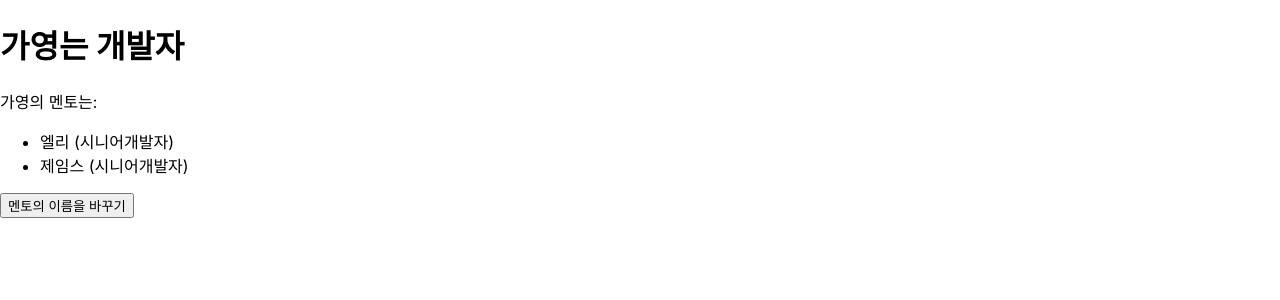
Repository: Yugayoung/css-example
Page: / (app in react/basic/)
These files come from the project's save history. The page is drawn as it stood at one moment and after the next save; the edit follows.
The browser window is 1280 px wide. The pictures show the whole page.
The project was rebuilt for these pictures with package versions that can differ from the ones it lists, and the page was loaded fresh each time.

Above is the page before, as saved 2023-12-20 15:17:30.

### react/basic/src/index.js
import React from 'react';
import ReactDOM from 'react-dom/client';
import './index.css';
import reportWebVitals from './reportWebVitals';
import AppMentors from './AppMentors';

const root = ReactDOM.createRoot(document.getElementById('root'));
root.render(
  <React.StrictMode>
    <AppMentors />
  </React.StrictMode>
);

// If you want to start measuring performance in your app, pass a function
// to log results (for example: reportWebVitals(console.log))
// or send to an analytics endpoint. Learn more: https://bit.ly/CRA-vitals
reportWebVitals();

### react/basic/src/AppMentors.jsx
import React, { useState } from 'react';

export default function AppMentors() {
  const [person, setPerson] = useState({
    name: '가영',
    title: '개발자',
    mentors: [
      {
        name: '엘리',
        title: '시니어개발자',
      },
      {
        name: '제임스',
        title: '시니어개발자',
      },
    ],
  });
  return (
    <div>
      <h1>
        {person.name}는 {person.title}
      </h1>
      <p>{person.name}의 멘토는:</p>
      <ul>
        {person.mentors.map((mentor, index) => (
          <li key={index}>
            {mentor.name} ({mentor.title})
          </li>
        ))}
      </ul>
      <button
        onClick={() => {
          const prev = prompt(`누구의 이름을 바꾸고 싶은가요?`);
          const current = prompt(`이름을 무엇으로 바꾸고 싶은가요?`);
          setPerson((person) => ({
            ...person,
            mentors: person.mentors.map((mentor) => {
              if (mentor.name === prev) {
                return { ...mentor, name: current };
              }
              return mentor;
            }),
          }));
        }}
      >
        멘토의 이름을 바꾸기
      </button>
    </div>
  );
}

Loaded but not shown: react/basic/public/index.html (common file); react/basic/src/index.css (common file); react/basic/src/reportWebVitals.js (common file)

After the next save:
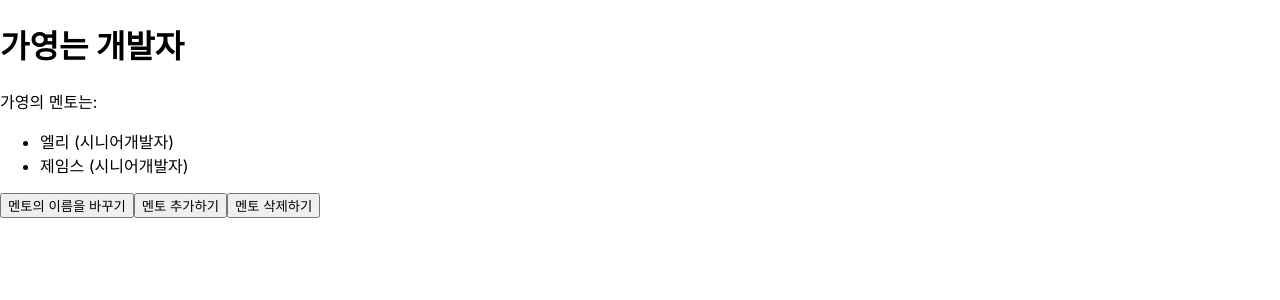
Saved 11 min 0 s later.
--- a/react/basic/src/AppMentors.jsx
+++ b/react/basic/src/AppMentors.jsx
@@ -45,6 +45,34 @@ export default function AppMentors() {
       >
         멘토의 이름을 바꾸기
       </button>
+      <button
+        onClick={() => {
+          const prev = prompt(`누구의 이름을 바꾸고 싶은가요?`);
+          const current = prompt(`이름을 무엇으로 바꾸고 싶은가요?`);
+          setPerson((person) => ({
+            ...person,
+            mentors: person.mentors.map((mentor) => {
+              if (mentor.name === prev) {
+                return { ...mentor, name: current };
+              }
+              return mentor;
+            }),
+          }));
+        }}
+      >
+        멘토 추가하기
+      </button>
+      <button
+        onClick={() => {
+          const name = prompt(`누구를 삭제하고 싶은가요?`);
+          setPerson((person) => ({
+            ...person,
+            mentors: person.mentors.filter((m) => m.name !== name),
+          }));
+        }}
+      >
+        멘토 삭제하기
+      </button>
     </div>
   );
 }
